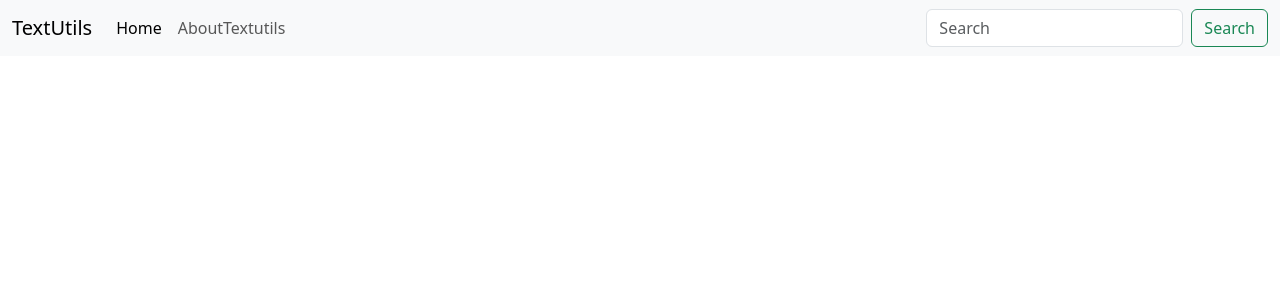
Repository: Rohit-foryou/Text-Utils
Page: /
These files come from the project's save history. The page is drawn as it stood at one moment and after the next save; the edit follows.
The browser window is 1280 px wide. The pictures show the whole page.
The project was rebuilt for these pictures with package versions that can differ from the ones it lists, and the page was loaded fresh each time. Also part of the build but not shown: src/index.css, src/App.css.

Above is the page before, as saved 2023-12-20 20:20:43.

After the next save:
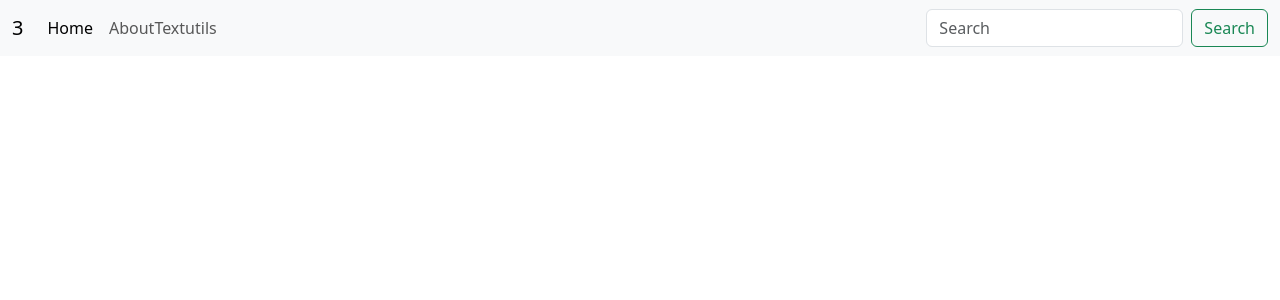
Saved 37 s later.
--- a/src/App.js
+++ b/src/App.js
@@ -5,7 +5,7 @@
 function App() {
   return (
     <>
-      <Navbar title = "TextUtils" aboutText = "AboutTextutils"/>
+      <Navbar title = {3} aboutText = "AboutTextutils"/>
     </>
   );
 }

After the 2 saves that followed:
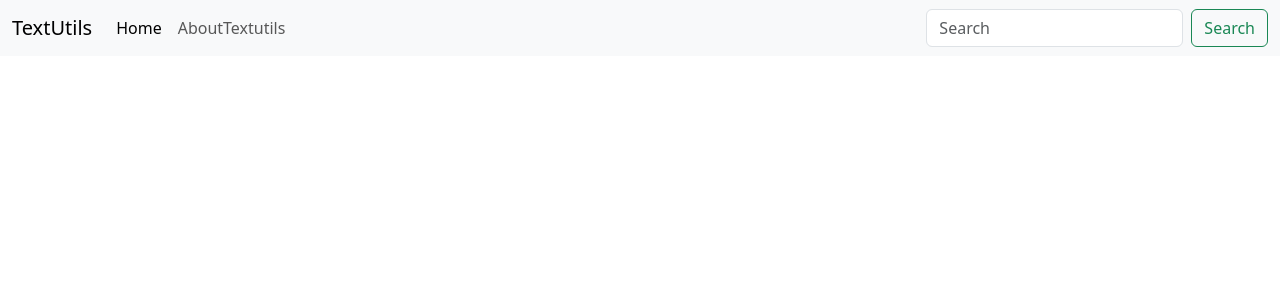
The 2 saves are shown as one change because 1 left the picture as it was.
The last was saved 18 s later.
--- a/src/App.js
+++ b/src/App.js
@@ -5,7 +5,7 @@
 function App() {
   return (
     <>
-      <Navbar title = {3} aboutText = "AboutTextutils"/>
+      <Navbar title = "TextUtils" aboutText = "AboutTextutils"/>
     </>
   );
 }
